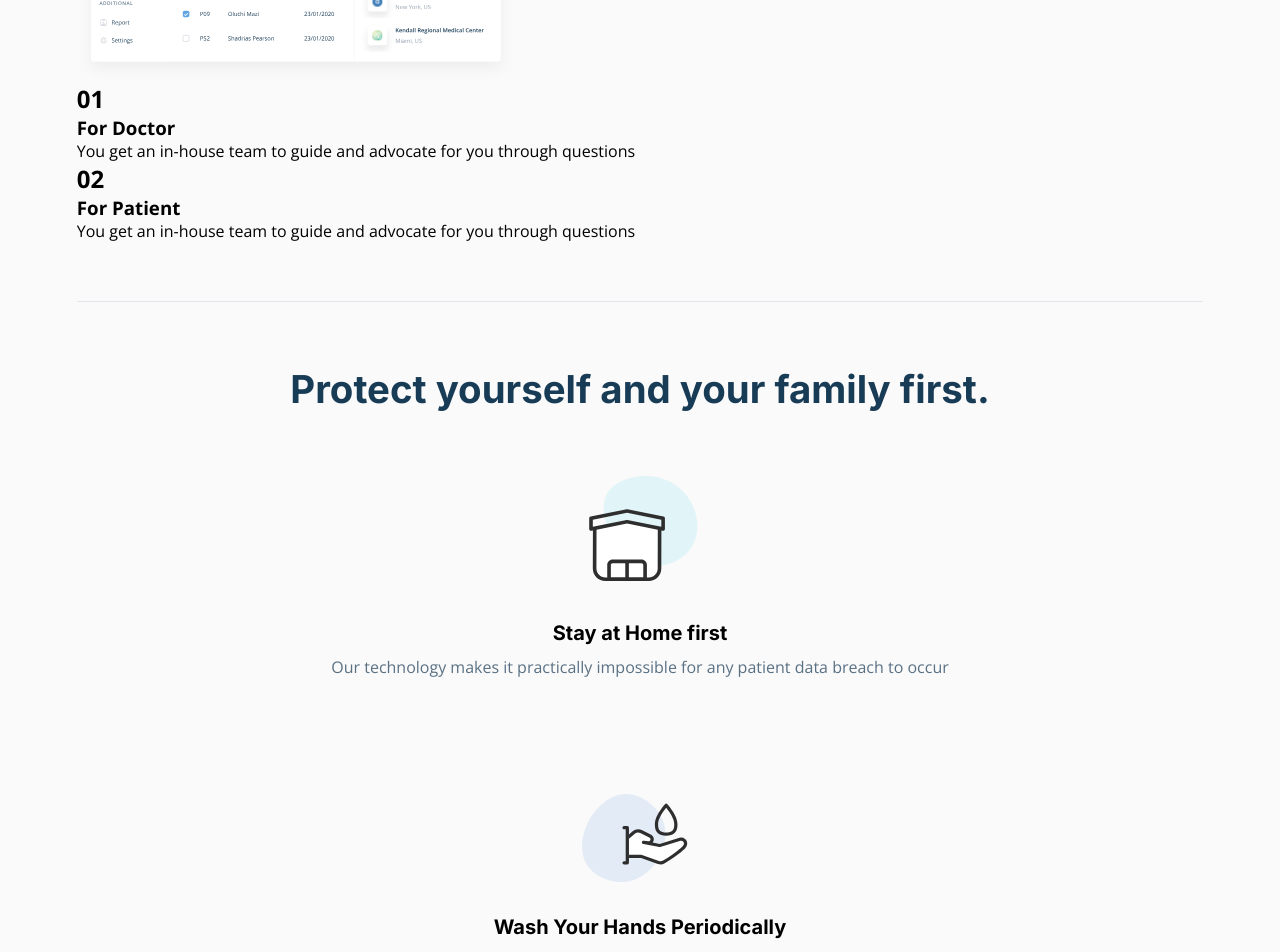
Repository: Esttevo/prova-html-css
Page: index.html
An editor plug-in stored every save of this project. The page is shown before and after the next save, followed by the edit.
The browser window is 1280 px wide. The pictures show the part of the page from y = 1271 to 2223 px (the page is 6245 px tall before and 6325 px after).
A picture or video elsewhere on the page could not be fetched, so the positions and the page height are approximate.

Above is the page before, as saved 2026-09-01 14:49:59.

After the next save:
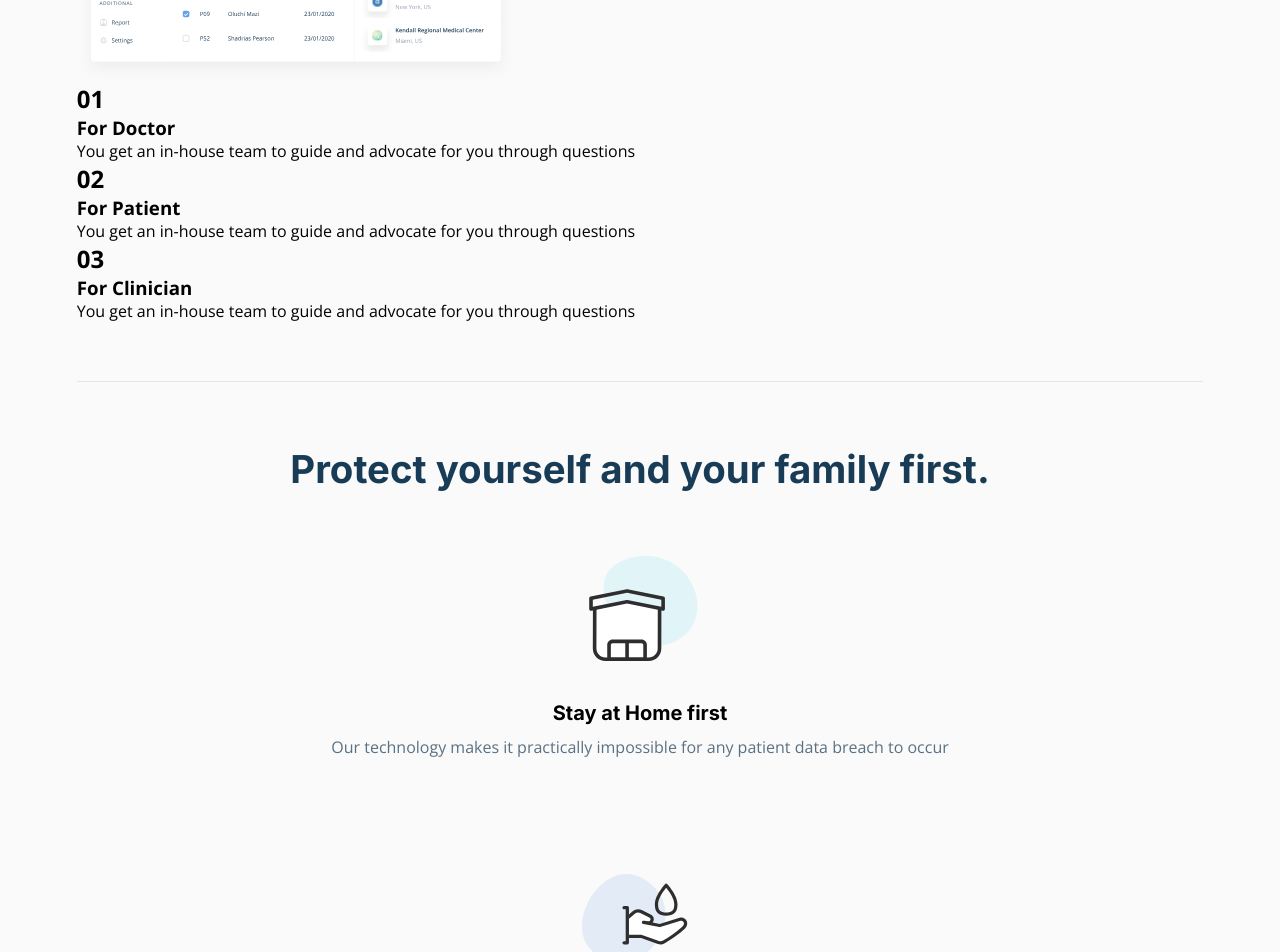
Saved 5 s later.
--- a/index.html
+++ b/index.html
@@ -97,7 +97,7 @@
                      </p>
                 </div>
 
-                <div id="third-card-advantages">
+                <div id="card-advantages">
                      <h2>03</h2>
                      <h3>For Clinician</h3>
                      <p>
